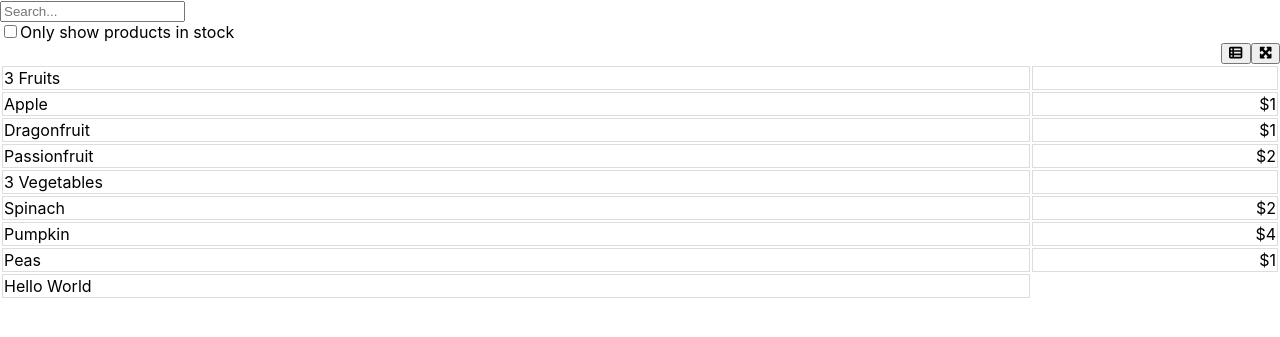
Repository: mariocapitbrok/reactjs-learn
Page: / (app in 05_filtered-data-table/)
These files come from the project's save history. The page is drawn as it stood at one moment and after the next save; the edit follows.
The browser window is 1280 px wide. The pictures show the whole page.
The project was rebuilt for these pictures with package versions that can differ from the ones it lists, and the page was loaded fresh each time. Also part of the build but not shown: 05_filtered-data-table/src/components/Table/Caption.jsx, 05_filtered-data-table/src/components/Table/TBody.jsx, 05_filtered-data-table/src/components/Table/TFoot.jsx, 05_filtered-data-table/src/components/Table/Tr.jsx, 05_filtered-data-table/src/components/Table/Th.jsx.

Above is the page before, as saved 2023-02-28 13:27:56.

### 05_filtered-data-table/src/App.js
import SearchInput from './components/SearchInput'
import ToogleOption from './components/ToogleOption'
import Table from './components/Table'
import tableData from './data/tableData'
import './App.css'

function App() {
  return (
    <div className="App">
      <SearchInput />
      <ToogleOption />
      <Table id="my-table" data={tableData} />
    </div>
  )
}

export default App

### 05_filtered-data-table/src/components/SearchInput.jsx
function SearchInput() {
  return (
    <div>
      <input type="text" placeholder="Search..." />
    </div>
  )
}

export default SearchInput

### 05_filtered-data-table/src/components/ToogleOption.jsx
function ToogleOption() {
  return (
    <div>
      <label>
        <input type="checkbox" />
        {`Only show products in stock`}
      </label>
    </div>
  )
}

export default ToogleOption

### 05_filtered-data-table/src/components/Table.jsx
import TopMenu from './Table/TopMenu'
import '../App.css'

function Table({ id, classes, data }) {
  let className = classes ? classes : 'capitbrok'
  return (
    <>
      <TopMenu />
      <table id={id} className={className}>
        {data}
      </table>
    </>
  )
}

export default Table

### 05_filtered-data-table/src/data/tableData.js
import Caption from '../components/Table/Caption'
import THead from '../components/Table/THead'
import TBody from '../components/Table/TBody'
import TFoot from '../components/Table/TFoot'
import Tr from '../components/Table/Tr'
import Th from '../components/Table/Th'
import Td from '../components/Table/Td'

const products = require('./products')
const groupData = require('../components/Table/helpers/groupData')
const createUniqueKey = require('../components/Table/helpers/createUniqueKey')

const headers = {
  name: null,
  price: null,
}

let rows = []
let jsxHeaderRows = []

const categories = groupData(products, 'category').map(i => ({
  category: `${i.itemsCount} ${i.category}`,
  itemsCount: ``,
  items: i.items,
}))
categories.forEach(c => {
  const { items, ...rest } = c
  rows.push({ ...rest })
  rows.push(...items.map(i => ({ name: i.name, price: i.price })))
})

jsxHeaderRows.push(...createRows(rows))

/* console.log(createUniqueKey())
console.log(rows)
console.log(jsxHeaderRows) */

const tableData = (
  <>
    <THead>{jsxHeaderRows}</THead>
    <THead jsxHeaderRows={jsxHeaderRows} />
    <tbody>
      <tr>
        <Td>Hello World</Td>
      </tr>
    </tbody>
  </>
)

export default tableData

function createRows(rows) {
  return rows.map(row => {
    const cells = createCells(row, true)
    return <tr key={row.id || createUniqueKey()}>{cells}</tr>
  })
}

function createCells(row, isHeader = false) {
  return Object.entries(row).map(([key, value]) => {
    if (!Array.isArray(value)) {
      if (isHeader) {
        return (
          <td
            key={row.id ? `${row.id}-${key}` : createUniqueKey()}
            className={key}
          >
            {value}
          </td>
        )
      } else {
        return (
          <td
            key={row.id ? `${row.id}-${key}` : createUniqueKey()}
            className={key}
          >
            {value}
          </td>
        )
      }
    } else {
      return null
    }
  })
}

### 05_filtered-data-table/src/App.css

/* Table*/
#my-table {
  width: 100%;
}

#my-table th {
  text-align: left;
}

#my-table th, #my-table td {
  border: 1px solid #ddd;
}

td.price {
  text-align: right;
}

th {
  text-transform: capitalize;
}

th.description {
  min-width: 300px;
}

.image {
  max-width: 300px;
  overflow-wrap: break-word;
}

/* Table header menu */
.top-menu {
  float: right;
}

### 05_filtered-data-table/src/components/Table/TopMenu.jsx
import { FontAwesomeIcon } from '@fortawesome/react-fontawesome'
import { faMaximize, faTableList } from '@fortawesome/free-solid-svg-icons'
import '../../App.css'

function TopMenu() {
  return (
    <div className="top-menu">
      <button className="densityBtn">
        <FontAwesomeIcon icon={faTableList} />
      </button>
      <button className="fullScreenBtn">
        <FontAwesomeIcon icon={faMaximize} />
      </button>
    </div>
  )
}

export default TopMenu

### 05_filtered-data-table/src/components/Table/THead.jsx
function THead({ jsxRows, children, ...restProps }) {
  return (
    <thead {...restProps}>
      {jsxRows}
      {children}
    </thead>
  )
}

export default THead

### 05_filtered-data-table/src/components/Table/Td.jsx
function Td({ key, children, classes }) {
  let className = classes ? classes : 'capitbrok'

  return (
    <td key={key} className={className}>
      {children}
    </td>
  )
}

export default Td

### 05_filtered-data-table/src/data/products.js
const PRODUCTS = [
  { category: 'Fruits', price: '$1', stocked: true, name: 'Apple' },
  { category: 'Fruits', price: '$1', stocked: true, name: 'Dragonfruit' },
  { category: 'Fruits', price: '$2', stocked: false, name: 'Passionfruit' },
  { category: 'Vegetables', price: '$2', stocked: true, name: 'Spinach' },
  { category: 'Vegetables', price: '$4', stocked: false, name: 'Pumpkin' },
  { category: 'Vegetables', price: '$1', stocked: true, name: 'Peas' },
]

module.exports = PRODUCTS

### 05_filtered-data-table/src/components/Table/helpers/groupData.js
function groupData(data, categoryFieldName) {
  const categories = []

  data.forEach(item => {
    const categoryValue = item[categoryFieldName]

    if (!Array.isArray(categoryValue)) {
      const index = categories.findIndex(
        category => category.category === categoryValue
      )

      if (index === -1) {
        categories.push({
          category: categoryValue,
          items: [item],
          itemsCount: 1,
        })
      } else {
        categories[index].items.push(item)
        categories[index].itemsCount += 1
      }
    } else {
      categoryValue.forEach(value => {
        const index = categories.findIndex(
          category => category.category === value
        )

        if (index === -1) {
          categories.push({
            category: value,
            items: [item],
            itemsCount: 1,
          })
        } else {
          categories[index].items.push(item)
          categories[index].itemsCount += 1
        }
      })
    }
  })

  const categoriesB = categories.map(category => ({
    ...category,
    items: category.items.map(item => {
      const { [categoryFieldName]: ignored, ...rest } = item
      return rest
    }),
  }))

  return categoriesB
}

module.exports = groupData

### 05_filtered-data-table/src/components/Table/helpers/createUniqueKey.js
function createUniqueKey() {
  const randomStr = Math.random().toString(36).slice(2, 11)
  return `${randomStr}`
}

module.exports = createUniqueKey

Loaded but not shown: 05_filtered-data-table/public/index.html (common file); 05_filtered-data-table/src/index.js (common file); 05_filtered-data-table/src/index.css (common file); 05_filtered-data-table/src/reportWebVitals.js (common file)

After the next save:
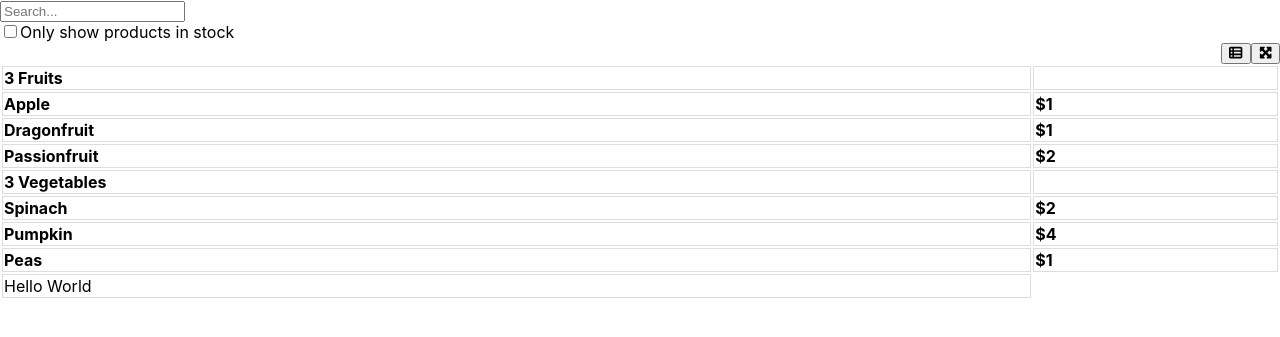
Saved 12 s later.
--- a/05_filtered-data-table/src/data/tableData.js
+++ b/05_filtered-data-table/src/data/tableData.js
@@ -61,12 +61,12 @@ function createCells(row, isHeader = false) {
     if (!Array.isArray(value)) {
       if (isHeader) {
         return (
-          <td
+          <th
             key={row.id ? `${row.id}-${key}` : createUniqueKey()}
             className={key}
           >
             {value}
-          </td>
+          </th>
         )
       } else {
         return (

After the save that followed:
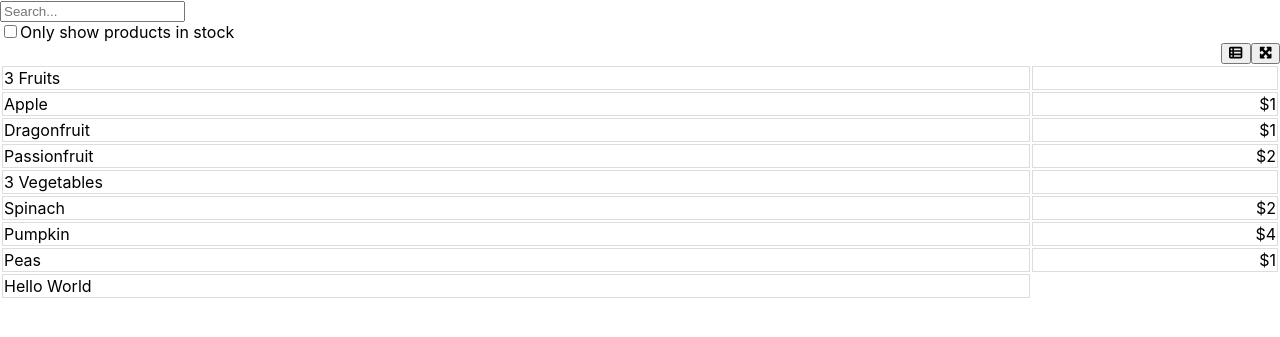
Saved 3 min 29 s later.
--- a/05_filtered-data-table/src/data/tableData.js
+++ b/05_filtered-data-table/src/data/tableData.js
@@ -49,9 +49,9 @@ const tableData = (
 
 export default tableData
 
-function createRows(rows) {
+function createRows(rows, isHeader = false) {
   return rows.map(row => {
-    const cells = createCells(row, true)
+    const cells = createCells(row, isHeader)
     return <tr key={row.id || createUniqueKey()}>{cells}</tr>
   })
 }
